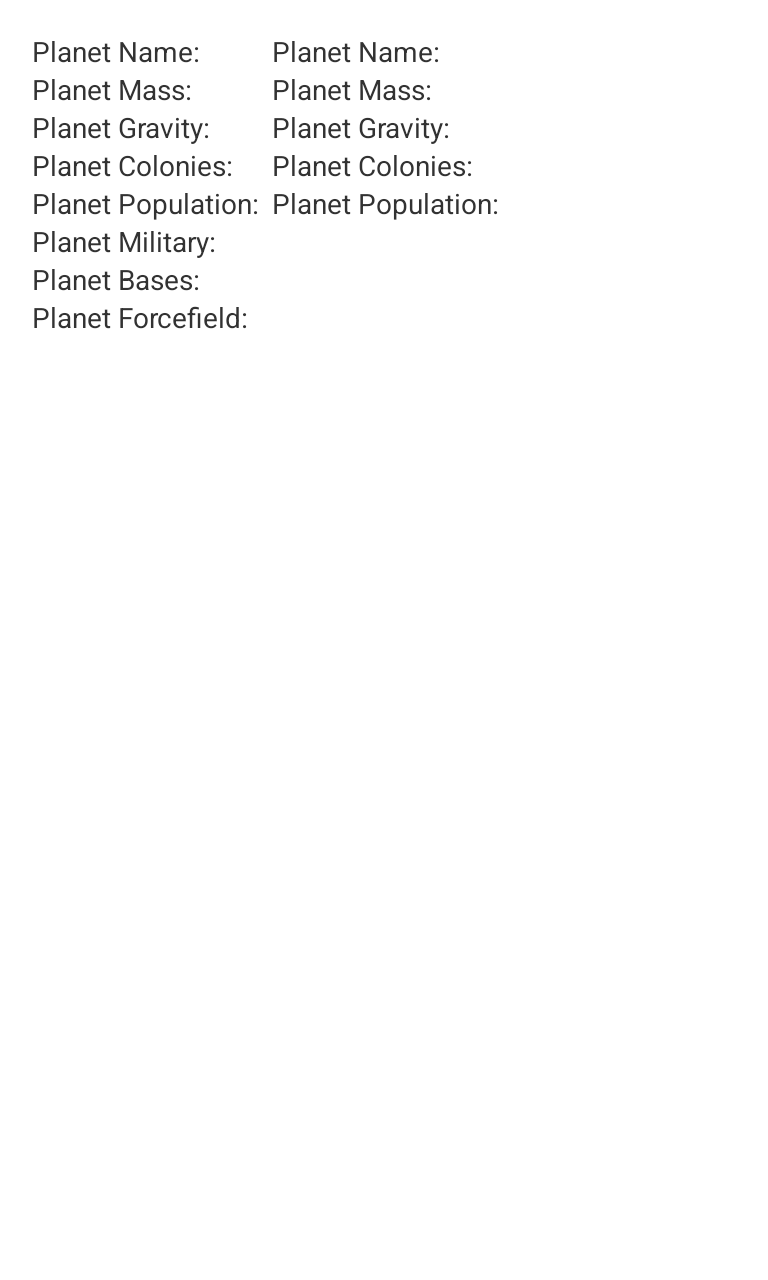
Repository: blender-head/android_basic
Layout: Hello_World/res/layout/activity_main.xml
The author's editor kept a copy of each file at every save. The layout is drawn from the files as they stood at one save, then again after the next save.
It is drawn on a 768 x 1280 px phone screen (xhdpi) without system bars, with theme AppTheme; the app's code is not run. The app's manifest (not shown) leaves right-to-left support off. So textAlignment, textDirection and layoutDirection are ignored, and left and right values win over start and end ones.

Above is the layout before, as saved 2013-12-31 15:31:22.

### Hello_World/res/layout/activity_main.xml
<RelativeLayout xmlns:android="http://schemas.android.com/apk/res/android"
    xmlns:tools="http://schemas.android.com/tools"
    android:layout_width="match_parent"
    android:layout_height="match_parent"
    android:paddingBottom="@dimen/activity_vertical_margin"
    android:paddingLeft="@dimen/activity_horizontal_margin"
    android:paddingRight="@dimen/activity_horizontal_margin"
    android:paddingTop="@dimen/activity_vertical_margin"
    tools:context=".MainActivity" >

	<TextView
        android:id="@+id/textView1"
        android:layout_width="wrap_content"
        android:layout_height="wrap_content"
        android:text="@string/planet_name_label" />

	<TextView
        android:id="@+id/dataView1"
        android:layout_toRightOf="@+id/textView1"
        android:layout_marginLeft="36dip"
        android:layout_width="wrap_content"
        android:layout_height="wrap_content"
        android:text="@string/planet_name_label" />

	<TextView
        android:id="@+id/textView2"
        android:layout_below="@+id/textView1"
        android:layout_width="wrap_content"
        android:layout_height="wrap_content"
        android:text="@string/planet_mass_label" />

	<TextView
        android:id="@+id/dataView2"
        android:layout_toRightOf="@+id/textView2"
        android:layout_alignStart="@+id/dataView1"
        android:layout_below="@+id/dataView1"
        android:layout_width="wrap_content"
        android:layout_height="wrap_content"
        android:text="@string/planet_mass_label" />

	<TextView
        android:id="@+id/textView3"
        android:layout_below="@+id/textView2"
        android:layout_width="wrap_content"
        android:layout_height="wrap_content"
        android:text="@string/planet_gravity_label" />

	<TextView
        android:id="@+id/dataView3"
        android:layout_toRightOf="@+id/textView3"
        android:layout_alignStart="@+id/dataView2"
        android:layout_below="@+id/dataView2"
        android:layout_width="wrap_content"
        android:layout_height="wrap_content"
        android:text="@string/planet_gravity_label" />

	<TextView
        android:id="@+id/textView4"
        android:layout_below="@+id/textView3"
        android:layout_width="wrap_content"
        android:layout_height="wrap_content"
        android:text="@string/planet_colonies_label" />

	<TextView
        android:id="@+id/dataView4"
        android:layout_toRightOf="@+id/textView4"
        android:layout_alignStart="@+id/dataView3"
        android:layout_below="@+id/dataView3"
        android:layout_width="wrap_content"
        android:layout_height="wrap_content"
        android:text="@string/planet_colonies_label" />

	<TextView
        android:id="@+id/textView5"
        android:layout_below="@+id/textView4"
        android:layout_width="wrap_content"
        android:layout_height="wrap_content"
        android:text="@string/planet_population_label" />

	<TextView
        android:id="@+id/dataView5"
        android:layout_toRightOf="@+id/textView5"
        android:layout_alignStart="@+id/dataView4"
        android:layout_below="@+id/dataView4"
        android:layout_width="wrap_content"
        android:layout_height="wrap_content"
        android:text="@string/planet_population_label" />

	<TextView
        android:id="@+id/textView6"
        android:layout_below="@+id/textView5"
        android:layout_width="wrap_content"
        android:layout_height="wrap_content"
        android:text="@string/planet_military_label" />

	<TextView
        android:id="@+id/textView7"
        android:layout_below="@+id/textView6"
        android:layout_width="wrap_content"
        android:layout_height="wrap_content"
        android:text="@string/planet_bases_label" />

	<TextView
        android:id="@+id/textView8"
        android:layout_below="@+id/textView7"
        android:layout_width="wrap_content"
        android:layout_height="wrap_content"
        android:text="@string/planet_forcefield_label" />

</RelativeLayout>

### Hello_World/res/values/strings.xml
<?xml version="1.0" encoding="utf-8"?>
<resources>

    <string name="app_name">Hello_World</string>
    <string name="action_settings">Settings</string>
    <string name="hello_world">Hello world!</string>

    <string name="planet_name_label">Planet Name: </string>
	<string name="planet_mass_label">Planet Mass: </string>
	<string name="planet_gravity_label">Planet Gravity: </string>
	<string name="planet_colonies_label">Planet Colonies: </string>
	<string name="planet_population_label">Planet Population: </string>
	<string name="planet_military_label">Planet Military: </string>
	<string name="planet_bases_label">Planet Bases: </string>
	<string name="planet_forcefield_label">Planet Forcefield: </string>

</resources>

Loaded but not shown: Hello_World/res/values/styles.xml (common file); Hello_World/res/values-v11/styles.xml (common file); Hello_World/res/values-v14/styles.xml (common file); Hello_World/res/values/dimens.xml (common file)

After the next save:
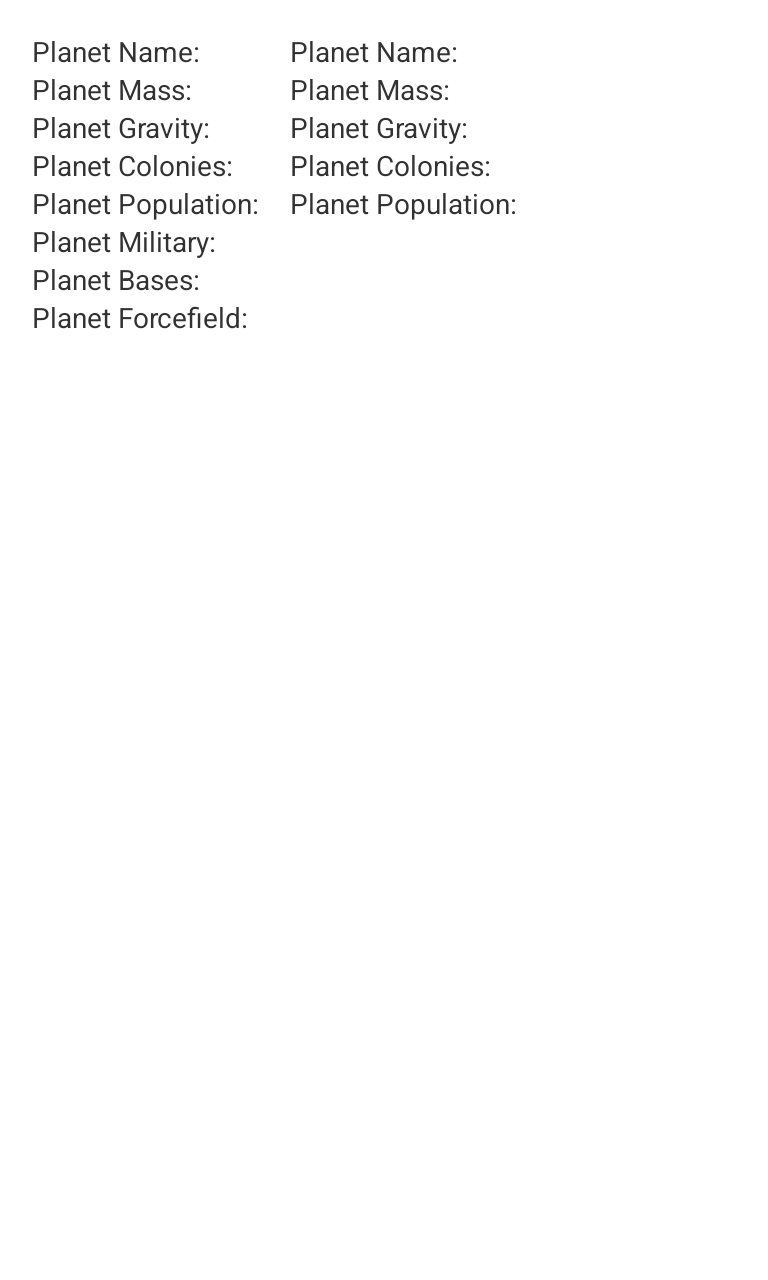
Saved 15 s later.
--- a/Hello_World/res/layout/activity_main.xml
+++ b/Hello_World/res/layout/activity_main.xml
@@ -17,7 +17,7 @@
 	<TextView
         android:id="@+id/dataView1"
         android:layout_toRightOf="@+id/textView1"
-        android:layout_marginLeft="36dip"
+        android:layout_marginLeft="45dip"
         android:layout_width="wrap_content"
         android:layout_height="wrap_content"
         android:text="@string/planet_name_label" />
